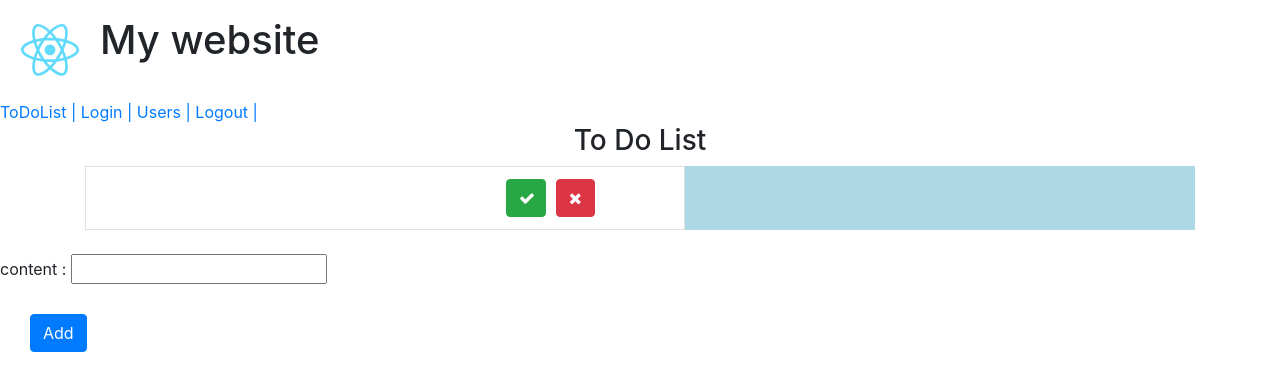
Repository: Marwa-Medhat/ReactJS-Labs
Page: /todolist (app in myapp/), after clicking the first element matching `button.btn`
An editor plug-in stored every save of this project. The page is shown before and after the next save, followed by the edit.
The browser window is 1280 px wide. The pictures show the whole page.
The project was rebuilt for these pictures with package versions that can differ from the ones it lists, and the page was loaded fresh each time.

Above is the page before, as saved 2021-04-28 22:14:06.

After the next save:
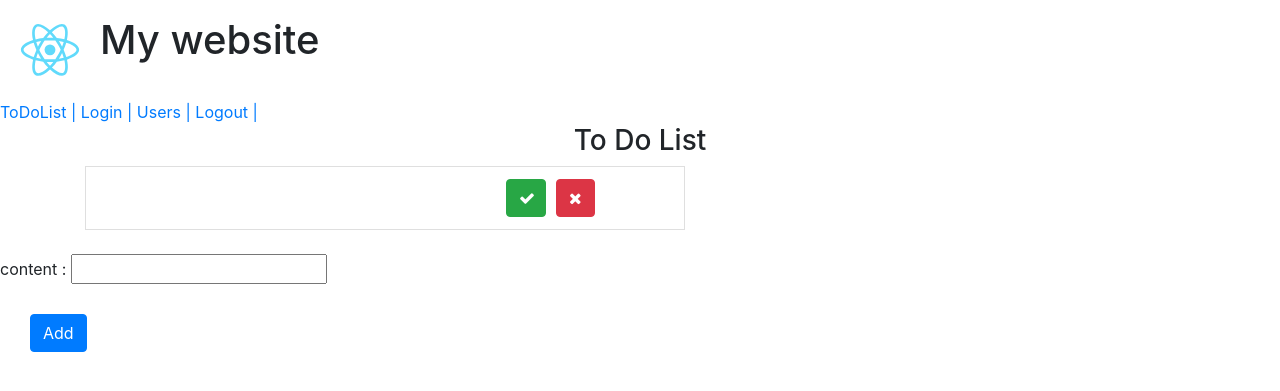
Saved 79 s later.
--- a/myapp/src/todo.js
+++ b/myapp/src/todo.js
@@ -122,11 +122,11 @@ class DisplayTask extends React.Component{
         super();
 
     }
-
+    // style={{backgroundColor: "lightblue"}}
     render(){
         // let btn_class = this.props.mark ? "blackButton" : "whiteButton";
-        return <div style={{backgroundColor: "lightblue"}}>
-    <a  style={{backgroundColor: "lightblue"}} href="#" class="list-group-item list-group-item-action " style={{width:600 ,fontWeight:'bolder',marginRight:50,}}>{this.props.content.content}
+        return <div >
+      <a  href="#" class="list-group-item list-group-item-action " style={{width:600 ,fontWeight:'bolder',marginRight:50,}}>{this.props.content.content}
     <button  onClick={this.props.markContent} className="btn btn-success " style={{ marginLeft: 400,marginRight: 10 ,paddingRight:10}}><i className="fa fa-check "></i></button>
     <button onClick={this.props.deleteContent}  className="btn btn-danger" ><i className="fa fa-times btn-danger" ></i></button></a>
 
